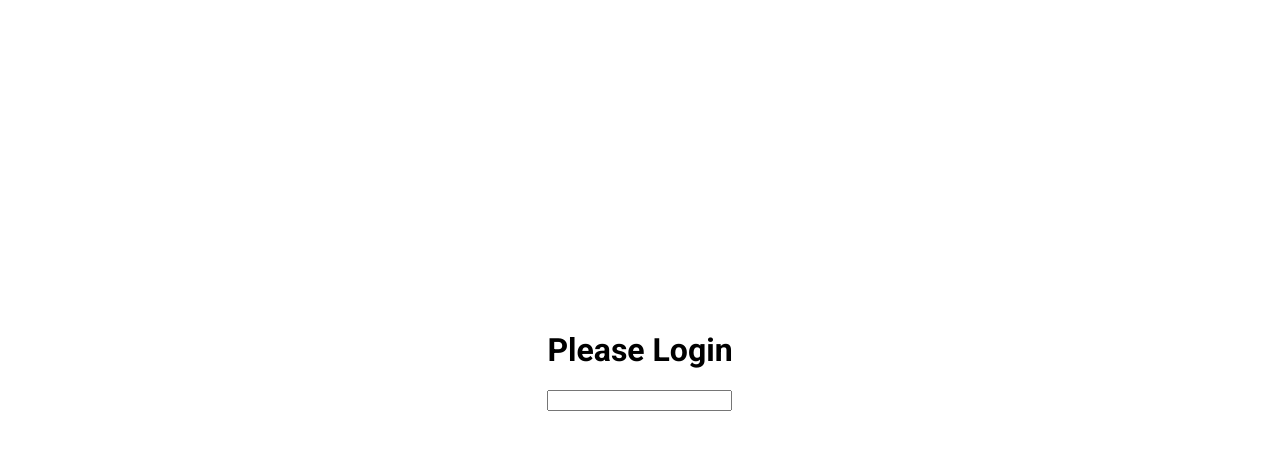
Repository: thecoachanna/form-animation
Page: index.html
An editor plug-in stored every save of this project. The page is shown before and after a run of saves, followed by the edit.
The browser window is 1280 px wide. The pictures show the whole page.
Some web fonts or font styles are not loaded; a fallback is used.

Above is the page before, as saved 2023-02-26 09:48:33.

### index.html
<!DOCTYPE html>
<html lang="en">
<head>
    <meta charset="UTF-8">
    <meta http-equiv="X-UA-Compatible" content="IE=edge">
    <meta name="viewport" content="width=device-width, initial-scale=1.0">
    <link rel="stylesheet" href="style.css">
    <title>Wave Animation</title>
</head>
<body>
    <div class="container">
        <h1>Please Login</h1>
        <form>
            <div class="form-control">
                <input type="text" required>
                <label for=""></label>
            </div>
        </form>
    </div>
    <script src="script.js"></script>
</body>
</html>

### style.css
@import url('https://fonts.googleapis.com/css2?family=Inter:wght@400;600;700&family=Lato:wght@100&family=Oswald:wght@700&family=Outfit&family=Poiret+One&family=Roboto:wght@400;700&display=swap');


* {
    box-sizing: border-box;
}

body {
    font-family: 'Roboto', sans-serif;
    display: flex;
    flex-direction: column;
    align-items: center;
    justify-content: center;
    height: 100vh;
    overflow: hidden;
    margin: 0;
}

Loaded but not shown: script.js (no copy from this time; the picture is the same without it)

After the next 2 saves:
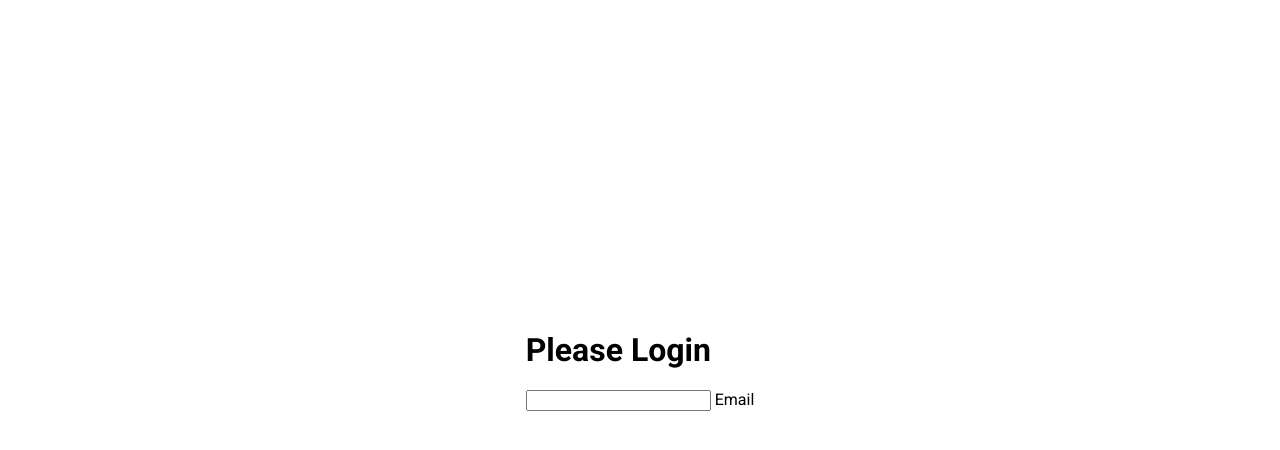
The 2 saves are shown as one change because they came seconds apart.
The last was saved 12 s later.
--- a/index.html
+++ b/index.html
@@ -13,7 +13,7 @@
         <form>
             <div class="form-control">
                 <input type="text" required>
-                <label for=""></label>
+                <label>Email</label>
             </div>
         </form>
     </div>
